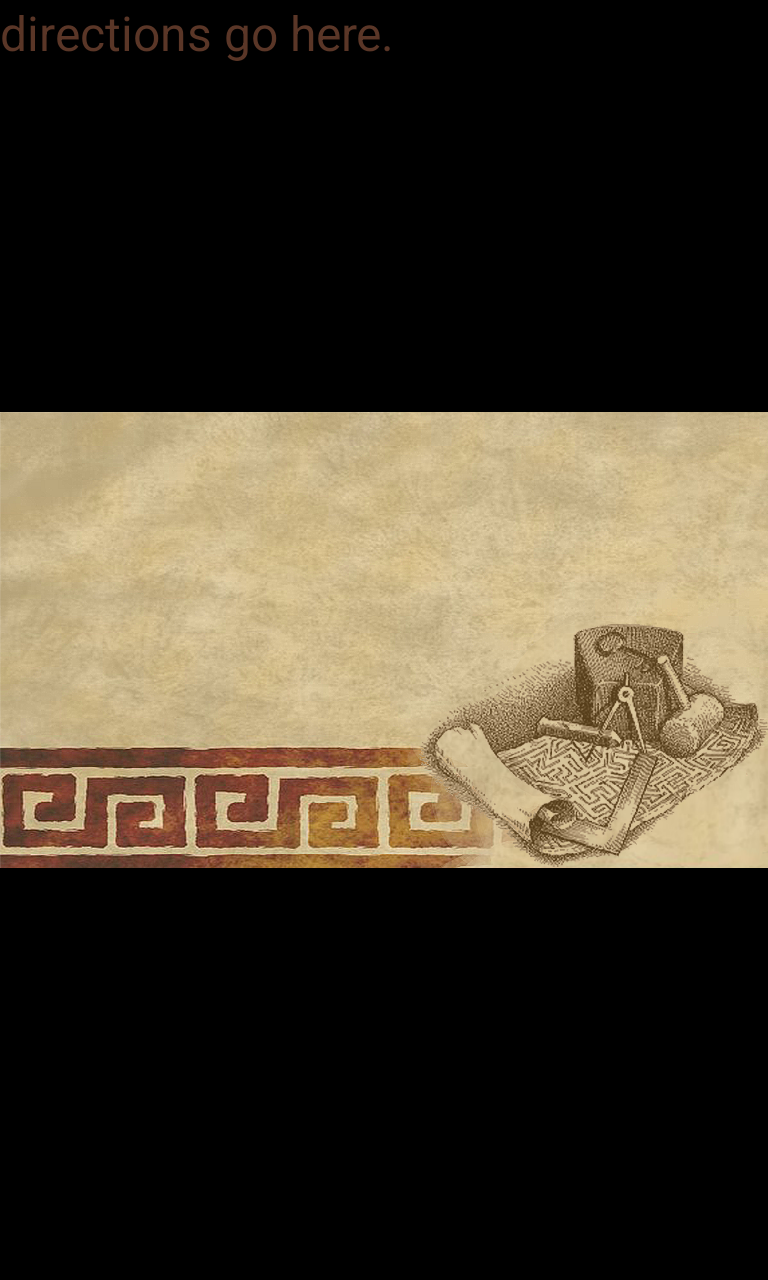
Repository: RandyLedbetter/maze
Layout: MazeTest/res/layout/activity_directions.xml
An editor plug-in stored every save of this project. The layout is shown before and after the next save, followed by the edit.
It is drawn on a 768 x 1280 px phone screen (xhdpi) without system bars, with theme android:Theme.NoTitleBar.Fullscreen; the app's code is not run.

Above is the layout before, as saved 2014-04-25 00:57:20.

### MazeTest/res/layout/activity_directions.xml
<FrameLayout xmlns:android="http://schemas.android.com/apk/res/android"
     xmlns:tools="http://schemas.android.com/tools"
	 android:id="@+id/directions_frame"
	 android:layout_width="fill_parent"
	 android:layout_height="fill_parent"
	 android:background="@color/background" >
	<ImageView
	 android:id="@+id/maze_info_background"
	 android:layout_width="fill_parent"
	 android:layout_height="fill_parent"
	 android:scaleType="fitCenter"
	 android:contentDescription="@string/directions_description"
	 android:src="@drawable/maze_info_background"
	 />

 	<TextView
     android:layout_width="match_parent"
     android:layout_height="match_parent"
     android:text="@string/directions"
     android:textSize="@dimen/directions_text_size"
     android:textColor="#5A3627" />


</FrameLayout>

### MazeTest/res/values/values.xml
<?xml version="1.0" encoding="utf-8"?>
<resources>
    <color name="background">#000000</color>

</resources>

### MazeTest/res/values/strings.xml
<?xml version="1.0" encoding="utf-8"?>
<resources>

    <string name="app_name">MazeTest</string>
    <string name="action_settings">Settings</string>
    <string name="desc">Room Image</string>
    <string name="captions">Captions are not working if you see this string of text.</string>
    <string name="options_menu">Options</string>
    <string name="ok">OK</string>
    <string name="cancel">Cancel</string>
    <string name="author">Author: Christopher Manson</string>
    <string name="publisher">Publisher: Henry Holt and Company - 1985</string>
    <string name="developer1">Randy Ledbetter</string>
    <string name="developer2">Taylor Carrington</string>
    <string name="developer3">Jayd Saucedo</string>
    <string name="developers">Developers:</string>
    <string name="directions">directions go here.</string>
    <string name="directions_description">This view contains directions for how to win MAZE</string>

</resources>

### MazeTest/res/values/dimens.xml
<resources>

    <!-- Default screen margins, per the Android Design guidelines. -->
    <dimen name="activity_horizontal_margin">16dp</dimen>
    <dimen name="activity_vertical_margin">16dp</dimen>
    <dimen name="font_size">12sp</dimen>
    <dimen name="captions_left_margin">140dp</dimen>
    <dimen name="captions_right_margin">50dp</dimen>
    <dimen name="captions_bottom_margin">30dp</dimen>
    <dimen name="captions_height">55dp</dimen>
    <dimen name="dashboard_btn_padding_right">40dp</dimen>
    <dimen name="dashboard_btn_text_size">18sp</dimen>
    <dimen name="directions_text_size">24sp</dimen>

</resources>

After the next save:
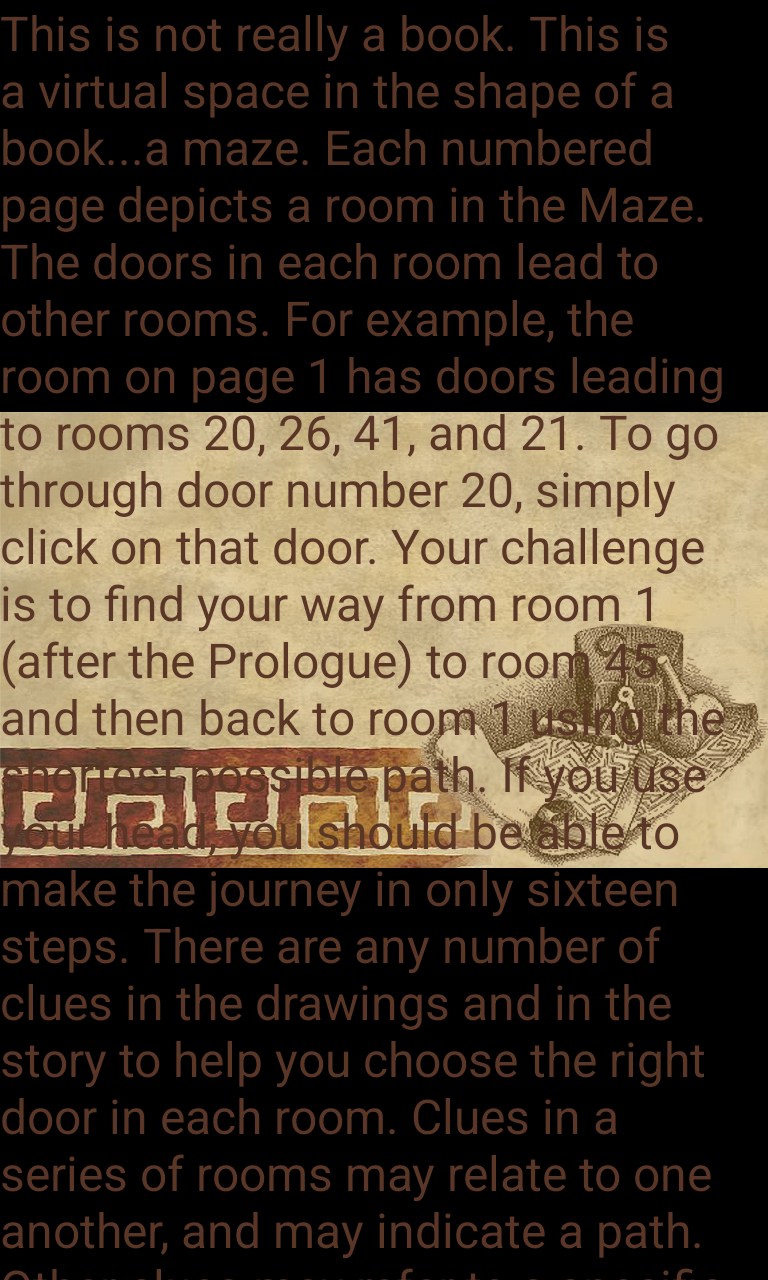
Saved 2 min 11 s later.
--- a/MazeTest/res/values/strings.xml
+++ b/MazeTest/res/values/strings.xml
@@ -14,7 +14,19 @@
     <string name="developer2">Taylor Carrington</string>
     <string name="developer3">Jayd Saucedo</string>
     <string name="developers">Developers:</string>
-    <string name="directions">directions go here.</string>
+    <string name="directions">This is not really a book.
+This is a virtual space in the shape of a book...a maze. Each numbered page depicts a room in the Maze. The doors in each room lead to other rooms. For example, the room on page 1 has doors leading to rooms 20, 26, 41, and 21. To go through door number 20, simply click on that door.
+
+Your challenge is to find your way from room 1 (after the Prologue) to room 45 and then back to room 1 using the shortest possible path. If you use your head, you should be able to make the journey in only sixteen steps.
+
+There are any number of clues in the drawings and in the story to help you choose the right door in each room. Clues in a series of rooms may relate to one another, and may indicate a path. Other clues may refer to a specific door in a single room.
+
+Anything in this space might be a clue.
+Not all clues are necessarily trustworthy.
+
+Once you've found the shortest path in and out of the Maze, challenge yourself further. Go back and find the riddle hidden in room 45. The answer to that riddle is concealed somewhere on the shortest path.
+
+Now proceed to the Prologue...your guide awaits you.</string>
     <string name="directions_description">This view contains directions for how to win MAZE</string>
 
 </resources>
